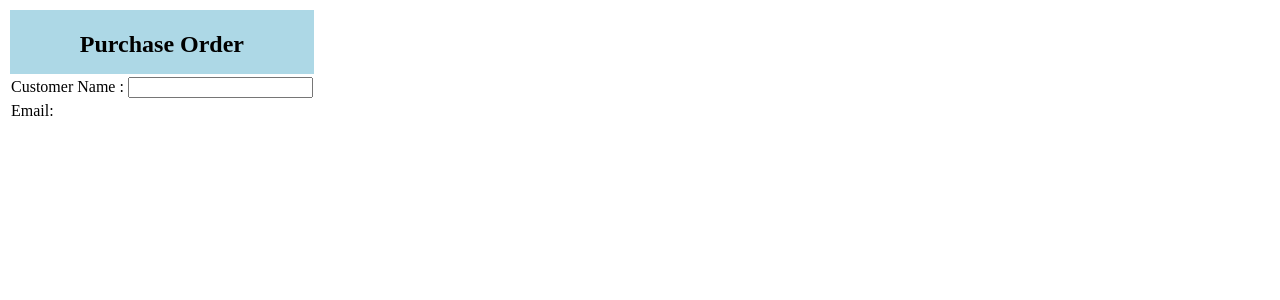
Repository: FatCat0712/JSP
Page: http://localhost/bai_20/
These files come from the project's save history. The page is drawn as it stood at one moment and after the next save; the edit follows.
The browser window is 1280 px wide. The pictures show the whole page.
The page is served by Tomcat 9.

Above is the page before, as saved 2024-04-22 01:22:26.

### bai_20/src/main/webapp/index.jsp
<%@ page language="java" contentType="text/html; charset=UTF-8"
    pageEncoding="UTF-8"%>
<!DOCTYPE html>
<html>
<head>
<meta charset="UTF-8">
<title>Insert title here</title>
</head>
<body>
<form action="trangDatHang.jsp" method="post">
	<table>
		<tr>
			<td colspan="2" style="background-color: lightblue; text-align: center">
				<h2 style="margin-bottom: 15px">Purchase Order</h2>
			</td>
		</tr>
		<tr>
			<td>
				<label>Customer Name : </label>
			</td>
			<td>
				<input type="text" name="name"/>
			</td>
		</tr>
		<tr>
			<td>
				<label>Email: </label>
			</td>
		</tr>
	</table>
</form>

</body>
</html>

After the next save:
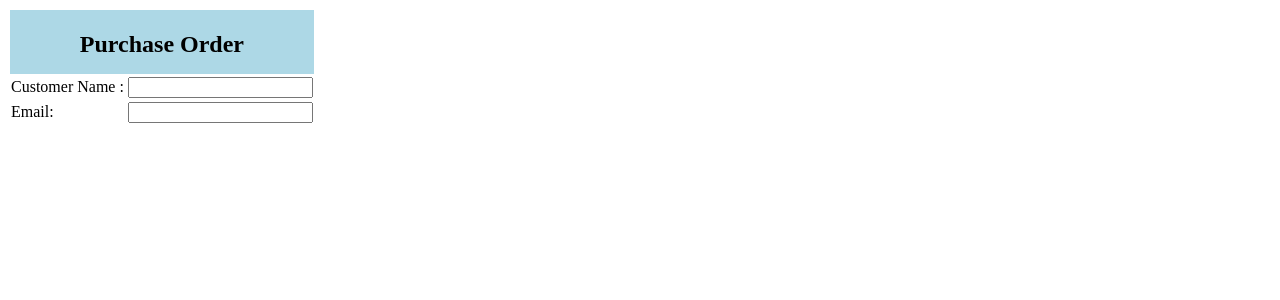
Saved 35 s later.
--- a/bai_20/src/main/webapp/index.jsp
+++ b/bai_20/src/main/webapp/index.jsp
@@ -26,6 +26,9 @@
 			<td>
 				<label>Email: </label>
 			</td>
+			<td>
+				<input type="email" name="email"/>
+			</td>
 		</tr>
 	</table>
 </form>
